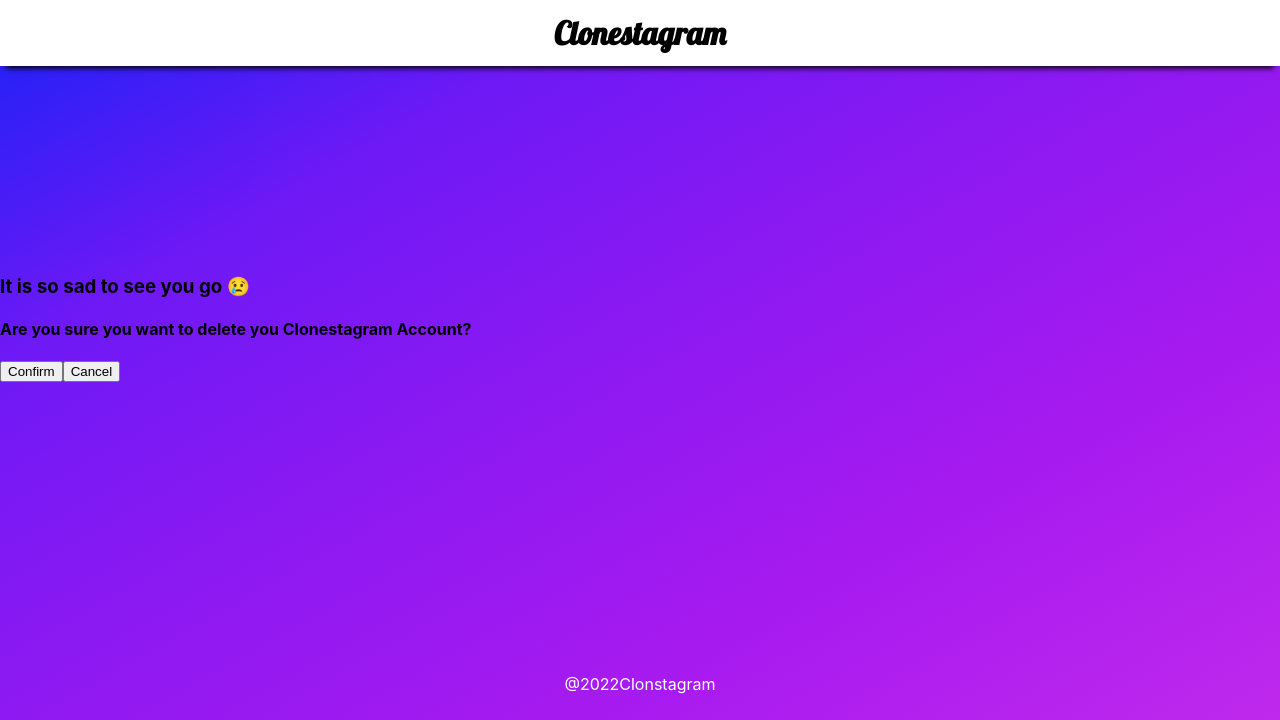
Repository: MikeMoore55/clonestagram
Page: /delaccount
An editor plug-in stored every save of this project. The page is shown before and after the next save, followed by the edit.
The browser window is 1280 px wide. The pictures show the whole page.
The page's requests for data from a server got no answer. The project was rebuilt for these pictures with package versions that can differ from the ones it lists, and the page was loaded fresh each time. The framework's server and built-in components were replaced by stand-ins that run in the browser. No one was signed in, and anything a server would have sent is missing. Also part of the build but not shown: next.config.js.

Above is the page before, as saved 2022-11-24 09:01:34.

### pages/_app.jsx
import Layout from '../components/Layout/Layout';
import '../styles/globals.css';

export default function MyApp({ Component, pageProps }) {
  return (
    <Layout>
      <Component {...pageProps} />
    </Layout>
  );
};

### pages/delaccount.jsx
import React from 'react';
import Link from 'next/link';
import Router,{useRouter} from 'next/router';
import { SupaBaseDB } from '../utils/dbconnect';
import { parseCookies } from '../helpers/cookie';
import styles from '../styles/DelAccount.module.css';
import Footer from '../components/Layout/Footer'

export default function DelAccount( { data } ) {
    const router = useRouter();
    const id = [data];
    function extractId(arr, prop) {
        const extractedValue = arr.map(item => item[prop]);
        return extractedValue;
    }

    const cookieId = extractId(id, 'user');
    const userId = cookieId.toString();

    console.log(userId);

    const delAccount = async () => {

        // delete the account of user
        const account = await SupaBaseDB
            .from("account")
            .delete()
            .eq("account_id", userId);

        // delete all the posts of user too
        const posts = await SupaBaseDB
            .from("posts")
            .delete()
            .eq("user_id", userId);

        if (account.error) {
            console.log(account.error['message']);
        }
        else if (posts.error) {
            console.log(posts.error["message"]);
        }
        else {
            console.log('account deleted successfully');
            router
                .push({
                    pathname: '/', // when successful take to the feed page
                });
        }
    }

    return (
        <div className={styles.container}>
            <div className={styles.block}>
                <h3 className={styles.heading1}>It is so sad to see you go 😢</h3>
                <h4 className={styles.heading2}>Are you sure you want to delete you Clonestagram Account?</h4>
                <button className={styles.confirm} onClick={() => delAccount()}>Confirm</button>
                <button className={styles.cancel}><Link href={'/home'}>Cancel</Link></button>
            </div>
            {/* for a cool background effect */}
            <div className={styles.backgroundFeature}>
                1
            </div>
            <Footer/>
        </div>
    );
};

export async function getServerSideProps({ req, res }) {
    const data = parseCookies(req);

    if (res) {
        if (Object.keys(data).length === 0 && data.constructor === Object) {
            res.writeHead(301, { Location: "/signin" });
            res.end();
        }
    }

    return {
        props: {
            data: data && data,
        }
    };
};

// del from supabase
// take to index page

### components/Layout/Layout.jsx
import React from 'react';
import Header from './Header';

// layout across app
export default function Layout({children}) {
  return (
    <div id='Layout'>
      <Header />
      {children}
    </div>
  );
};

### styles/globals.css
html,
body {
  padding: 0;
  margin: 0;
  font-family: -apple-system, BlinkMacSystemFont, Segoe UI, Roboto, Oxygen,
    Ubuntu, Cantarell, Fira Sans, Droid Sans, Helvetica Neue, sans-serif;
}

a {
  color: inherit;
  text-decoration: none;
}

* {
  box-sizing: border-box;
}

@media (prefers-color-scheme: dark) {
  html {
    color-scheme: dark;
  }

  body {
    color: black;
    background: rgb(234, 233, 233);
  }
}

### utils/dbconnect.js
import { createClient } from "@supabase/supabase-js";

const supabaseUrl = process.env.NEXT_PUBLIC_SUPABASE_URL;
const supabaseApi = process.env.NEXT_PUBLIC_SUPABASE_API_KEY;

export const SupaBaseDB = createClient(supabaseUrl, supabaseApi);

### helpers/cookie.js
import cookie from "cookie";

export function parseCookies(req) {
    return cookie.parse(req ? req.headers.cookie || "" : document.cookie)
}

### styles/DelAccount.module.css
.container {
    position: relative;
    width: 100%;
    padding-top: 20%;
}

.backgroundFeature {
    position: fixed;
    color: transparent;
    background-image: linear-gradient(to right bottom, #000bf8, #5e00f5, #8300f1, #a002ee, #b812eb);
    width: 100%;
    height: 100%;
    bottom: 0%;
    right: 0%;
    top: 0%;
    left: 0%;
    z-index: -1;
    opacity: 0.9;
}

### components/Layout/Footer.jsx
import React from 'react';
import styles from '../../styles/Footer.module.css';

export default function Footer() {
    return (
        <footer className={styles.footer}>
            @2022Clonstagram
        </footer>
    );
};

### components/Layout/Header.jsx
import React from 'react';
import styles from '../../styles/Header.module.css';

export default function Header() {
    return (
        <header className={styles.header}>
            <h1>Clonestagram</h1>
        </header>
    );
};

### styles/Footer.module.css
.footer {
    position: fixed;
    bottom: 0%;
    left: 0%;
    right: 0%;
    width: 100%;
    text-align: center;
    color: white;
    padding: 2%;
}

@media (min-width: 490px) {
    .footer {
        font-size: 1.7em;
    }
}

@media (min-width: 1000px) {
    .footer {
        font-size: 1em;
    }
}

### styles/Header.module.css
@font-face {
    font-family: 'Lobster';
    src: url(../assets/Lobster/Lobster-Regular.ttf);
}

.header {
    position: fixed;
    top: 0%;
    left: 0%;
    right: 0%;
    width: 100%;
    text-align: center;
    background-color: white;
    box-shadow: 0 8px 6px -6px black;
    z-index: 5;
    margin: 0%;
    padding: 3.5%;
}

.header h1 {
    margin: 0%;
    padding: 0%;
    font-family: 'Lobster', cursive;
    color: black;
    font-weight: 800;
}


@media (min-width: 490px) {
    .header {
        padding: 3%;
    }

    .header h1 {
        font-size: 2.7em;
    }
}

@media (min-width: 1000px) {
    .header {
        padding: 1%;
    }

    .header h1 {
        font-size: 2em;
    }
}

After the next save:
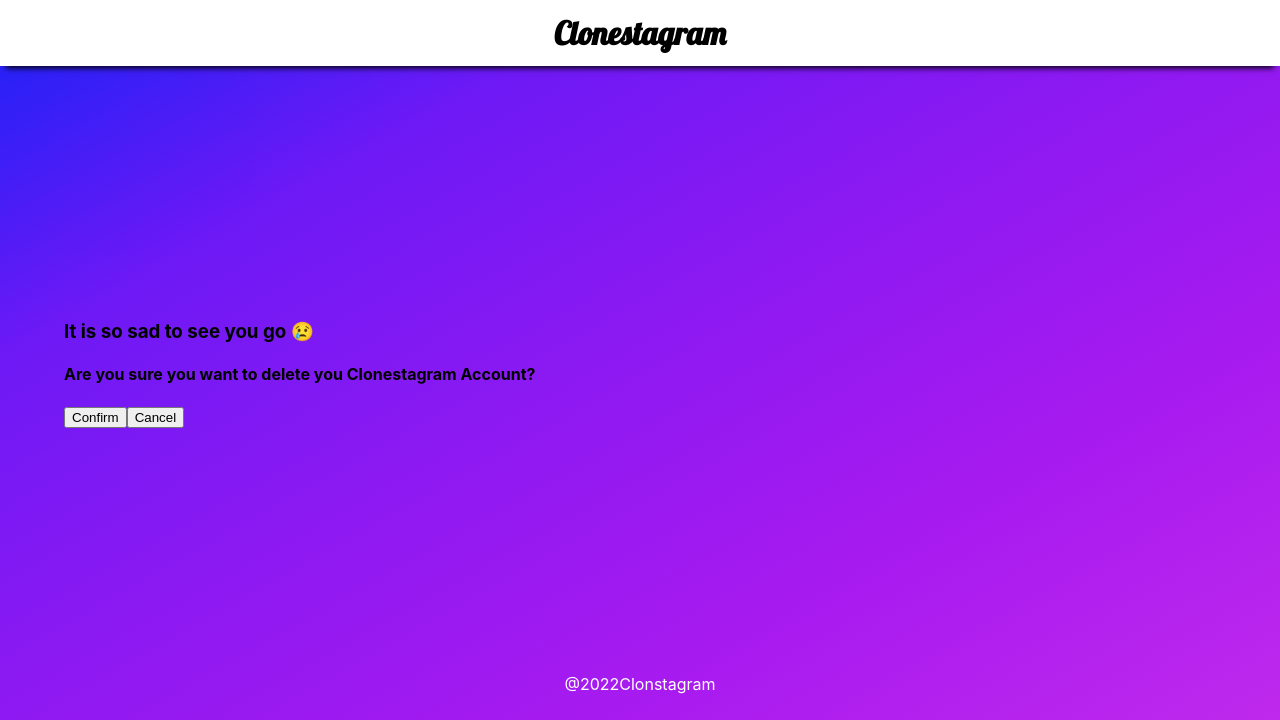
Saved 39 s later.
--- a/styles/DelAccount.module.css
+++ b/styles/DelAccount.module.css
@@ -2,6 +2,12 @@
     position: relative;
     width: 100%;
     padding-top: 20%;
+}
+
+.block {
+    position: relative;
+    width: 80%;
+    margin: 5% 5% 5% 5%;
 }
 
 .backgroundFeature {
